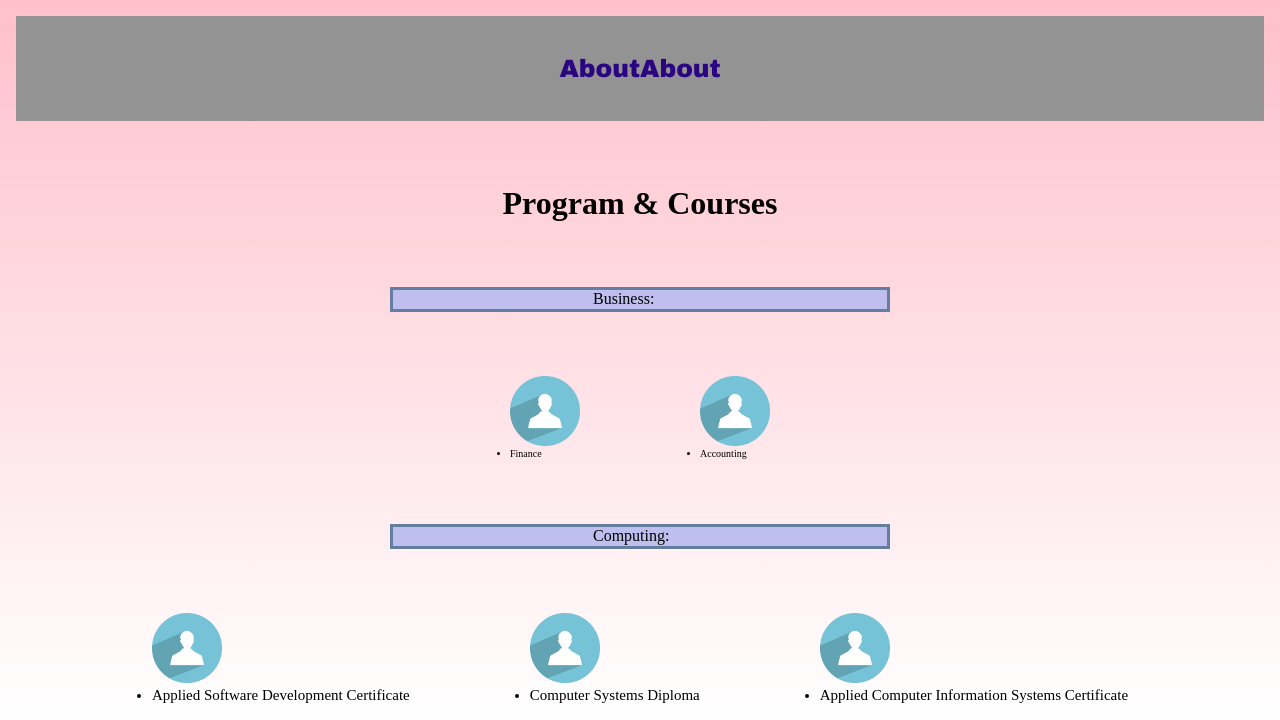
Repository: anoncoderin/madhu-assignment3
Page: /
The author's editor kept a copy of each file at every save. The page is drawn from the files as they stood at one save, then again after the next save.
The browser window is 1280 px wide. The pictures show the whole page.
The project was rebuilt for these pictures with package versions that can differ from the ones it lists, and the page was loaded fresh each time. The framework's server and built-in components were replaced by stand-ins that run in the browser. Also part of the build but not shown: next.config.js, components/Card/Card.module.css.

Above is the page before, as saved 2023-01-22 23:05:51.

### pages/index.js
import Head from 'next/head'
import Image from 'next/image'
import { Inter } from '@next/font/google'
import styles from '@/styles/Home.module.css'
import { useState } from 'react'
import data from '../data/education.json'
import Link from 'next/link'
import Card from '../components/Card'
import style from '../components/Card/Card.module.css'

export default function Home() {
  console.log(data);
  const [information, setInformation] = useState([...data])
  return (
    <>
      <Head>

      </Head>
      <main className={styles.main}>
        <div className={styles.nav}>
        <p>

          <Link href="about"><b>About</b></Link>
          <Link href="about"><b>About</b></Link>
        </p>
        </div>
        <h1>Program & Courses</h1>
      <div className={styles.heading}>Business:</div>
      <div className={styles.row}>
      {
        information && information.map((info, index)=>{
          if(info.department === "Business"){
            return(
              <Card key={index} degree={info.degree}></Card>
            )
          }
        })
      }
      </div>
      <div className={styles.heading}>Computing:</div>
      <div className={styles.row}>
      {
        information && information.map((info, index)=>{
          if(info.department === "Computing"){
            return(

              <Card key={index} degree={info.degree} font={15}></Card>
            )
          }
        })
      }
      </div>
      </main>
    </>
  )
}

### styles/globals.css
:root {
  --max-width: 1100px;
  --border-radius: 12px;
  --font-mono: ui-monospace, Menlo, Monaco, 'Cascadia Mono', 'Segoe UI Mono',
    'Roboto Mono', 'Oxygen Mono', 'Ubuntu Monospace', 'Source Code Pro',
    'Fira Mono', 'Droid Sans Mono', 'Courier New', monospace;

  --foreground-rgb: 0, 0, 0;
  --background-start-rgb: 255, 192, 203;
  --background-end-rgb: 255, 255, 255;

  --primary-glow: conic-gradient(
    from 180deg at 50% 50%,
    hsla(78, 61%, 87%, 0.2) 0deg,
    #0885ff33 55deg,
    #54d6ff33 120deg,
    #0071ff33 160deg,
    transparent 360deg
  );
  --secondary-glow: radial-gradient(
    rgba(255, 255, 255, 1),
    rgba(255, 255, 255, 0)
  );

  --tile-start-rgb: 239, 245, 249;
  --tile-end-rgb: 228, 232, 233;
  --tile-border: conic-gradient(
    #00000080,
    #00000040,
    #00000030,
    #00000020,
    #00000010,
    #00000010,
    #00000080
  );

  --callout-rgb: 238, 240, 241;
  --callout-border-rgb: 172, 175, 176;
  --card-rgb: 180, 185, 188;
  --card-border-rgb: 131, 134, 135;
}

@media (prefers-color-scheme: dark) {
  :root {
    --foreground-rgb: 255, 255, 255;
    --background-start-rgb: 0, 0, 0;
    --background-end-rgb: 0, 0, 0;

    --primary-glow: radial-gradient(rgba(1, 65, 255, 0.4), rgba(1, 65, 255, 0));
    --secondary-glow: linear-gradient(
      to bottom right,
      rgba(1, 65, 255, 0),
      rgba(1, 65, 255, 0),
      rgba(1, 65, 255, 0.3)
    );

    --tile-start-rgb: 2, 13, 46;
    --tile-end-rgb: 2, 5, 19;
    --tile-border: conic-gradient(
      #ffffff80,
      #ffffff40,
      #ffffff30,
      #ffffff20,
      #ffffff10,
      #ffffff10,
      #ffffff80
    );

    --callout-rgb: 20, 20, 20;
    --callout-border-rgb: 108, 108, 108;
    --card-rgb: 100, 100, 100;
    --card-border-rgb: 200, 200, 200;
  }
}

* {
  box-sizing: border-box;
  padding: 0;
  margin: 0;
}

html,
body {
  max-width: 100vw;
  overflow-x: hidden;
}

body {
  color: rgb(var(--foreground-rgb));
  background: linear-gradient(
      to bottom,
      transparent,
      rgb(var(--background-end-rgb))
    )
    rgb(var(--background-start-rgb));
}

a {
  color: inherit;
  text-decoration: none;
}
a:hover{
  color: rgb(92, 91, 91);
}

@media (prefers-color-scheme: dark) {
  html {
    color-scheme: dark;
  }
}

### styles/Home.module.css
.main {
  display: flex;
  flex-direction: column;
  justify-content: space-between;
  align-items: center;
  padding: 1rem;
  min-height: 100vh;
}
.row{
  display: flex;
  flex-direction: row;
  justify-content:space-evenly;
  gap: 120px;

}
.nav{
  display: flex;
  flex-direction: column;
  justify-content: space-between;
  align-items: center;
      padding: 39px;
  background-color: rgb(147, 147, 147);
  color: rgb(42, 4, 129);

  font-size: 25px;
  margin: 45;
  font-family: arial black;
  width: 100%;
}


.heading{
  padding-left: 200px;
  height: 25px;
  width: 500px;
  background-color: #bebeef;
  border-style:solid;
  border-color:#657d9f;
}

.degree{
  display: flex;
  flex-direction: column;

  gap: 5px;
}

.description {
  display: inherit;
  justify-content: inherit;
  align-items: inherit;
  font-size: 0.85rem;
  max-width: var(--max-width);
  width: 100%;
  z-index: 2;
  font-family: var(--font-mono);
}

.description a {
  display: flex;
  justify-content: center;
  align-items: center;
  gap: 0.5rem;
}

.description p {
  position: relative;
  margin: 0;
  padding: 1rem;
  background-color: rgba(var(--callout-rgb), 0.5);
  border: 1px solid rgba(var(--callout-border-rgb), 0.3);
  border-radius: var(--border-radius);
}

.code {
  font-weight: 700;
  font-family: var(--font-mono);
}

.grid {
  display: grid;
  grid-template-columns: repeat(4, minmax(25%, auto));
  width: var(--max-width);
  max-width: 100%;
}

.card {
  padding: 1rem 1.2rem;
  border-radius: var(--border-radius);
  background: rgba(var(--card-rgb), 0);
  border: 1px solid rgba(var(--card-border-rgb), 0);
  transition: background 200ms, border 200ms;
}

.card span {
  display: inline-block;
  transition: transform 200ms;
}

.card h2 {
  font-weight: 600;
  margin-bottom: 0.7rem;
}

.card p {
  margin: 0;
  opacity: 0.6;
  font-size: 0.9rem;
  line-height: 1.5;
  max-width: 30ch;
}

.center {
  display: flex;
  justify-content: center;
  align-items: center;
  position: relative;
  padding: 4rem 0;
}

.center::before {
  background: var(--secondary-glow);
  border-radius: 50%;
  width: 480px;
  height: 360px;
  margin-left: -400px;
}

.center::after {
  background: var(--primary-glow);
  width: 240px;
  height: 180px;
  z-index: -1;
}

.center::before,
.center::after {
  content: '';
  left: 50%;
  position: absolute;
  filter: blur(45px);
  transform: translateZ(0);
}

.logo,
.thirteen {
  position: relative;
}

.thirteen {
  display: flex;
  justify-content: center;
  align-items: center;
  width: 75px;
  height: 75px;
  padding: 25px 10px;
  margin-left: 16px;
  transform: translateZ(0);
  border-radius: var(--border-radius);
  overflow: hidden;
  box-shadow: 0px 2px 8px -1px #0000001a;
}

.thirteen::before,
.thirteen::after {
  content: '';
  position: absolute;
  z-index: -1;
}

/* Conic Gradient Animation */
.thirteen::before {
  animation: 6s rotate linear infinite;
  width: 200%;
  height: 200%;
  background: var(--tile-border);
}

/* Inner Square */
.thirteen::after {
  inset: 0;
  padding: 1px;
  border-radius: var(--border-radius);
  background: linear-gradient(
    to bottom right,
    rgba(var(--tile-start-rgb), 1),
    rgba(var(--tile-end-rgb), 1)
  );
  background-clip: content-box;
}

/* Enable hover only on non-touch devices */
@media (hover: hover) and (pointer: fine) {
  .card:hover {
    background: rgba(var(--card-rgb), 0.1);
    border: 1px solid rgba(var(--card-border-rgb), 0.15);
  }

  .card:hover span {
    transform: translateX(4px);
  }
}

@media (prefers-reduced-motion) {
  .thirteen::before {
    animation: none;
  }

  .card:hover span {
    transform: none;
  }
}

/* Mobile */
@media (max-width: 700px) {
  .content {
    padding: 4rem;
  }

  .grid {
    grid-template-columns: 1fr;
    margin-bottom: 120px;
    max-width: 320px;
    text-align: center;
  }

  .card {
    padding: 1rem 2.5rem;
  }

  .card h2 {
    margin-bottom: 0.5rem;
  }

  .center {
    padding: 8rem 0 6rem;
  }

  .center::before {
    transform: none;
    height: 300px;
  }

  .description {
    font-size: 0.8rem;
  }

  .description a {
    padding: 1rem;
  }

  .description p,
  .description div {
    display: flex;
    justify-content: center;
    position: fixed;
    width: 100%;
  }

  .description p {
    align-items: center;
    inset: 0 0 auto;
    padding: 2rem 1rem 1.4rem;
    border-radius: 0;
    border: none;
    border-bottom: 1px solid rgba(var(--callout-border-rgb), 0.25);
    background: linear-gradient(
      to bottom,
      rgba(var(--background-start-rgb), 1),
      rgba(var(--callout-rgb), 0.5)
    );
    background-clip: padding-box;
    backdrop-filter: blur(24px);
  }

  .description div {
    align-items: flex-end;
    pointer-events: none;
    inset: auto 0 0;
    padding: 2rem;
    height: 200px;
    background: linear-gradient(
      to bottom,
      transparent 0%,
      rgb(var(--background-end-rgb)) 40%
    );
    z-index: 1;
  }
}

/* Tablet and Smaller Desktop */
@media (min-width: 701px) and (max-width: 1120px) {
  .grid {
    grid-template-columns: repeat(2, 50%);
  }
}

@media (prefers-color-scheme: dark) {
  .vercelLogo {
    filter: invert(1);
  }

  .logo,
  .thirteen img {
    filter: invert(1) drop-shadow(0 0 0.3rem #ffffff70);
  }
}

@keyframes rotate {
  from {
    transform: rotate(360deg);
  }
  to {
    transform: rotate(0deg);
  }
}

### data/education.json
[
        {
            "studentNumber": "A0004567",
            "firstName": "Person 1",
            "gpa": 3.8,
            "department": "Business",
            "degree": "Finance",
            "graduted": 2014
        },
        {
            "studentNumber": "A0001234",
            "firstName": "Person 2",
            "gpa": 3.5,
            "department": "Business",
            "degree": "Accounting",
            "graduted": 2010
        },
        {
            "studentNumber": "A0007890",
            "firstName": "Person 3",
            "gpa": 3.2,
            "department": "Computing",
            "degree": "Applied Software Development Certificate",
            "graduted": 2018
        },
        {
            "studentNumber": "A0007828",
            "firstName": "Person 4",
            "gpa": 3.9,
            "department": "Computing",
            "degree": "Computer Systems Diploma",
            "graduted": 2021
        },
        {
            "studentNumber": "A0003425",
            "firstName": "Person 5",
            "gpa": 3.2,
            "department": "Computing",
            "degree": "Applied Computer Information Systems Certificate",
            "graduted": 2021
        }

]

### components/Card/index.js
export default function Card(
    {
        degree="none",
        color="purple",
        font=10,
        image='icon/personTwo.png'
    }
){
    return(
        <div  style={{backgroundcolor:color, fontSize:font }}>
           <img src={'icon/person.png'} width="70px"></img>
           <ul> <li>{degree}
            </li>

            </ul>
        </div>
    )
}

Loaded but not shown: pages/_app.js (common file); pages/_document.js (common file)

After the next save:
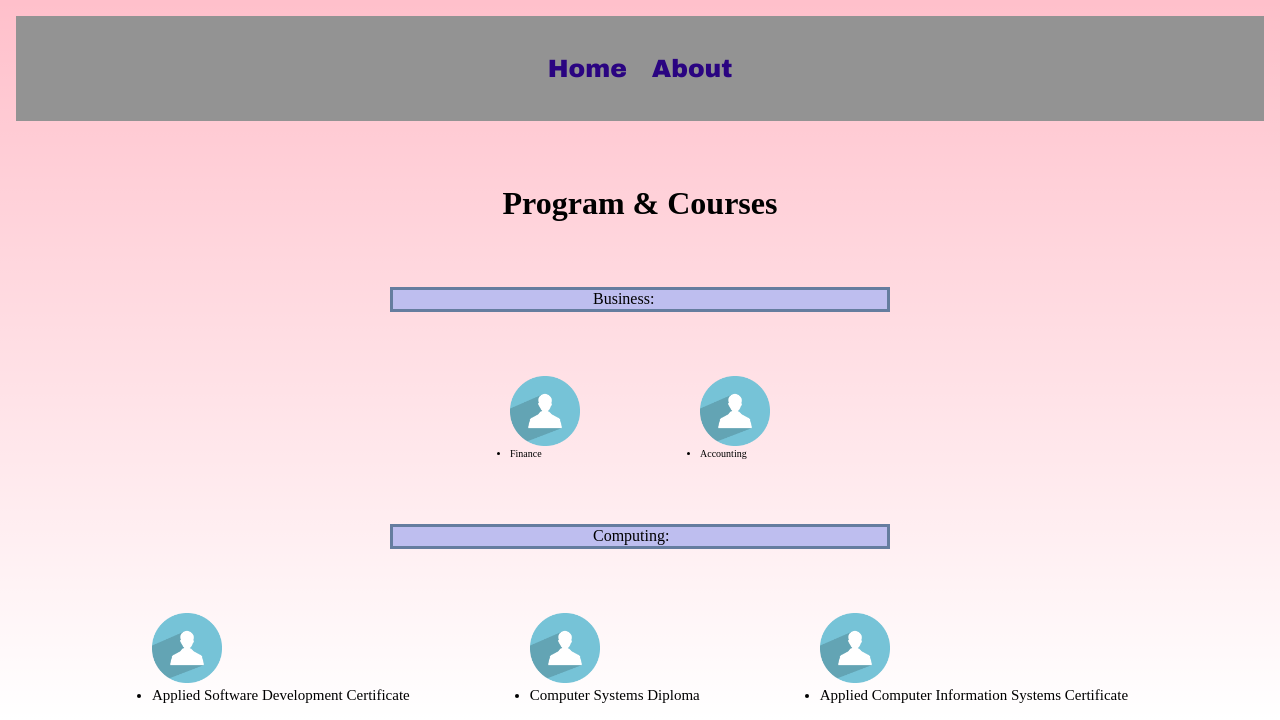
Saved 4 s later.
--- a/pages/index.js
+++ b/pages/index.js
@@ -20,7 +20,7 @@
         <div className={styles.nav}>
         <p>
 
-          <Link href="about"><b>About</b></Link>
+          <Link href="about"><b>Home &nbsp;&nbsp;</b></Link>
           <Link href="about"><b>About</b></Link>
         </p>
         </div>
